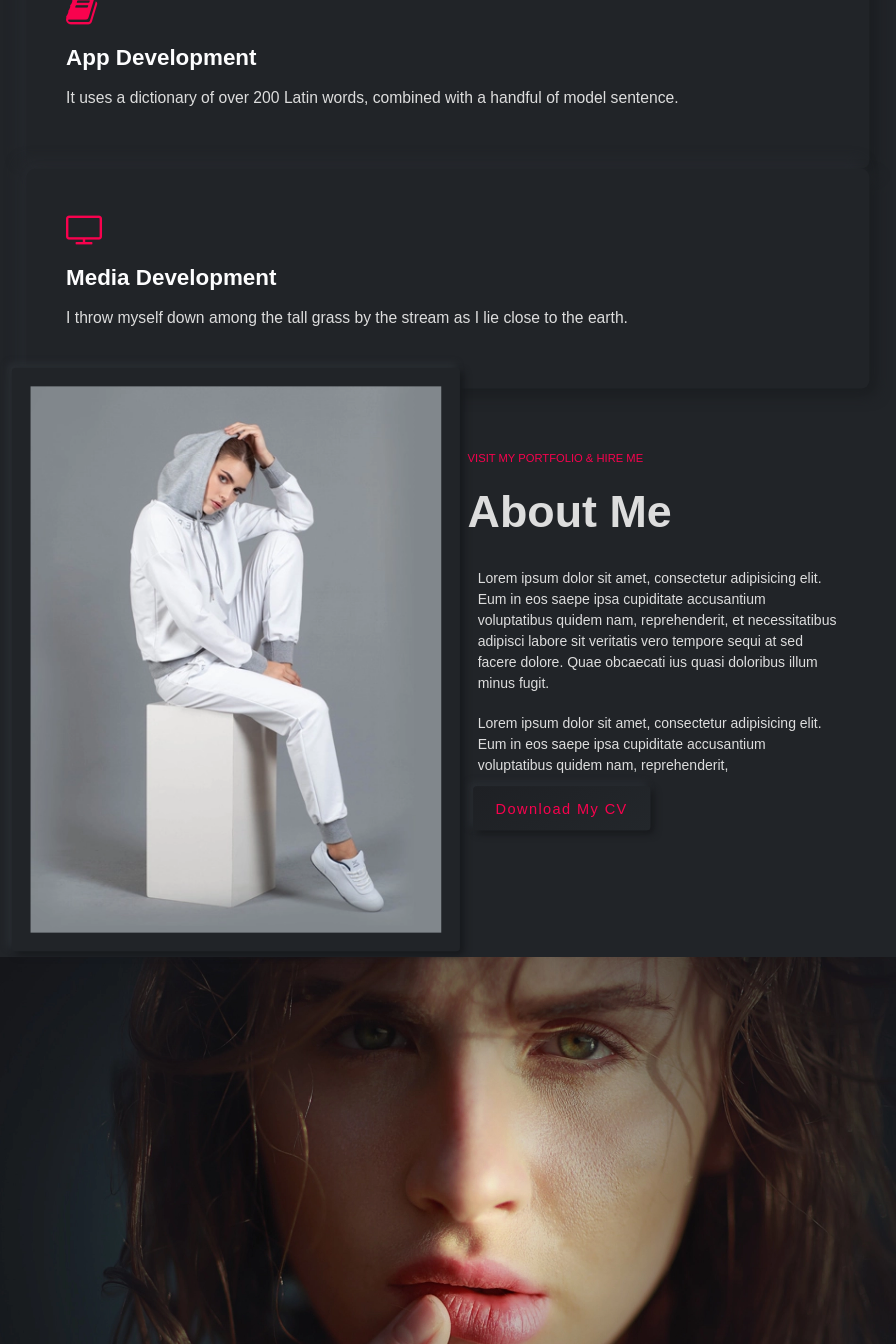
Repository: arminprogramme/inbio
Page: /
The author's editor kept a copy of each file at every save. The page is drawn from the files as they stood at one save, then again after the next save.
The browser window is 1280 px wide. The pictures show the part of the page from y = 1353 to 3273 px (the page is 3440 px tall), at 70% of full size.
The pointer rests on the first visible `.inner-img-about`.
Backgrounds fixed to the window are drawn as part of the page. Some web libraries are served in a nearby version. The project was rebuilt for these pictures with package versions that can differ from the ones it lists, and the page was loaded fresh each time. Also part of the build but not shown: vite.config.js.

Above is the page before, as saved 2023-10-20 04:28:51.

After the next save:
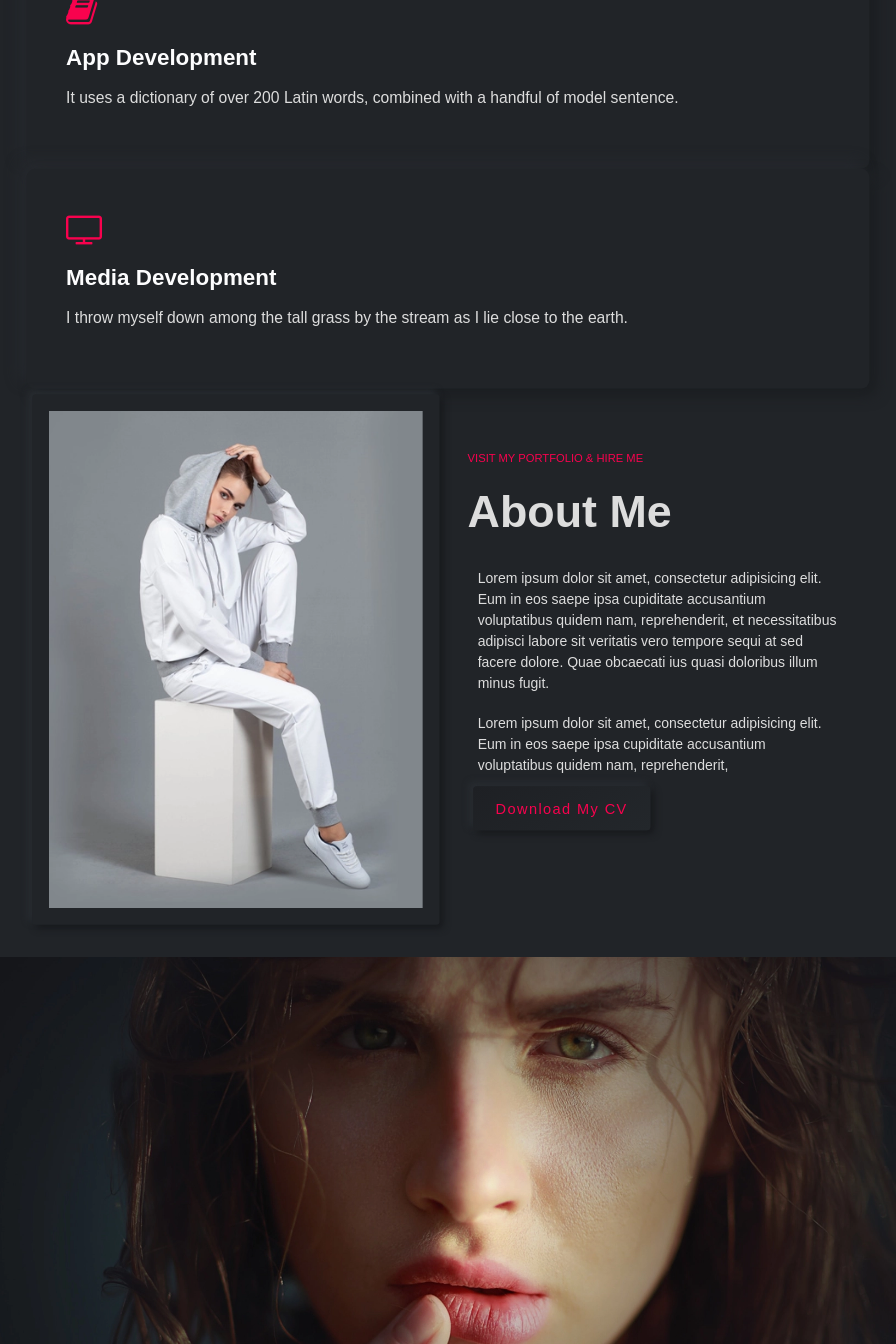
Saved 2 min 26 s later.
--- a/src/Component/Body/About/About.css
+++ b/src/Component/Body/About/About.css
@@ -24,14 +24,6 @@
     -o-border-radius: 5px!important;
 }
 
-.inner-img-about:hover {
-    transform: scale(1.1);
-    -webkit-transform: scale(1.1);
-    -moz-transform: scale(1.1);
-    -ms-transform: scale(1.1);
-    -o-transform: scale(1.1);
-}
-
 .content-about {
     margin: 5.5rem 1.5rem;
 }
